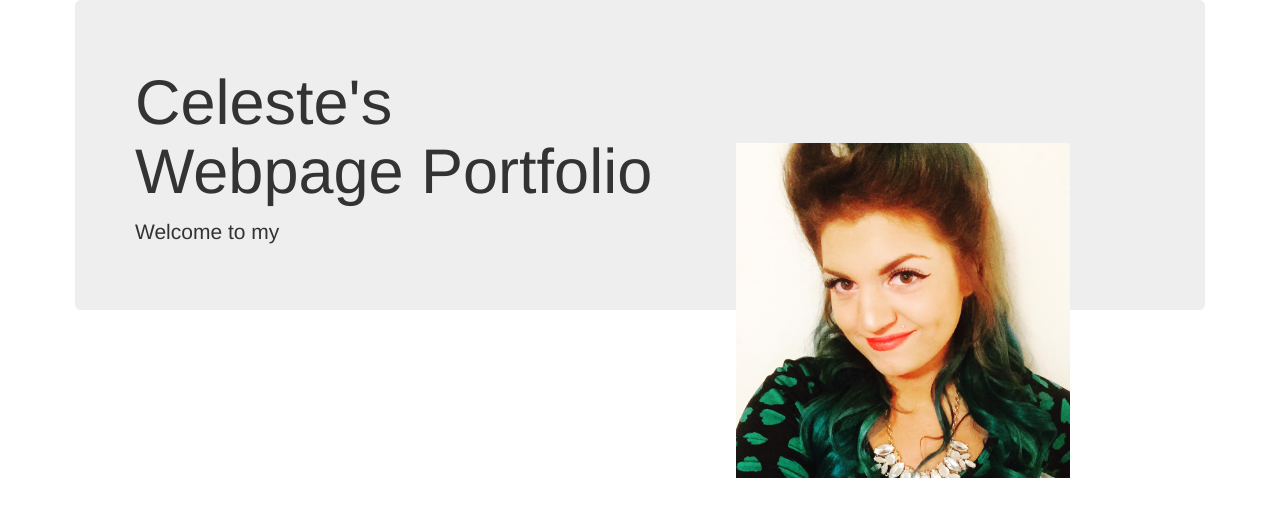
Repository: fieldceleste/portfolio-celeste
Page: portfolio-celeste.html
These files come from the project's save history. The page is drawn as it stood at one moment and after the next save; the edit follows.
The browser window is 1280 px wide. The pictures show the whole page.

Above is the page before, as saved 2019-11-01 12:14:31.

After the next save:
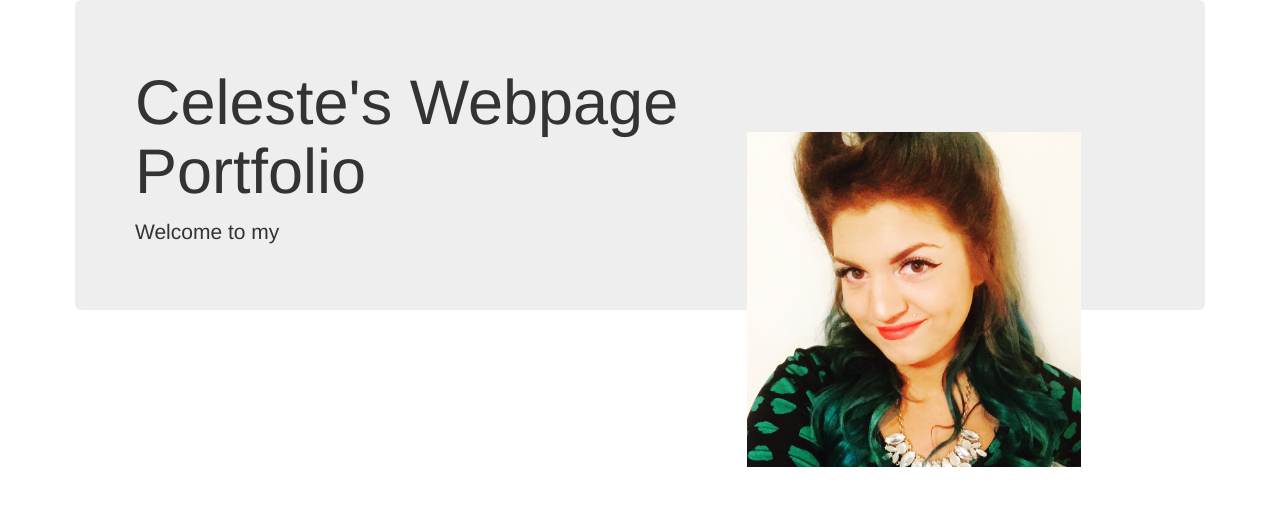
Saved 7 s later.
--- a/css/styles.css
+++ b/css/styles.css
@@ -3,5 +3,5 @@ float:right;
 width: 45%;
 height:45%;
 padding: 60px;
-margin: 15px;
+margin: 4px;
 }
